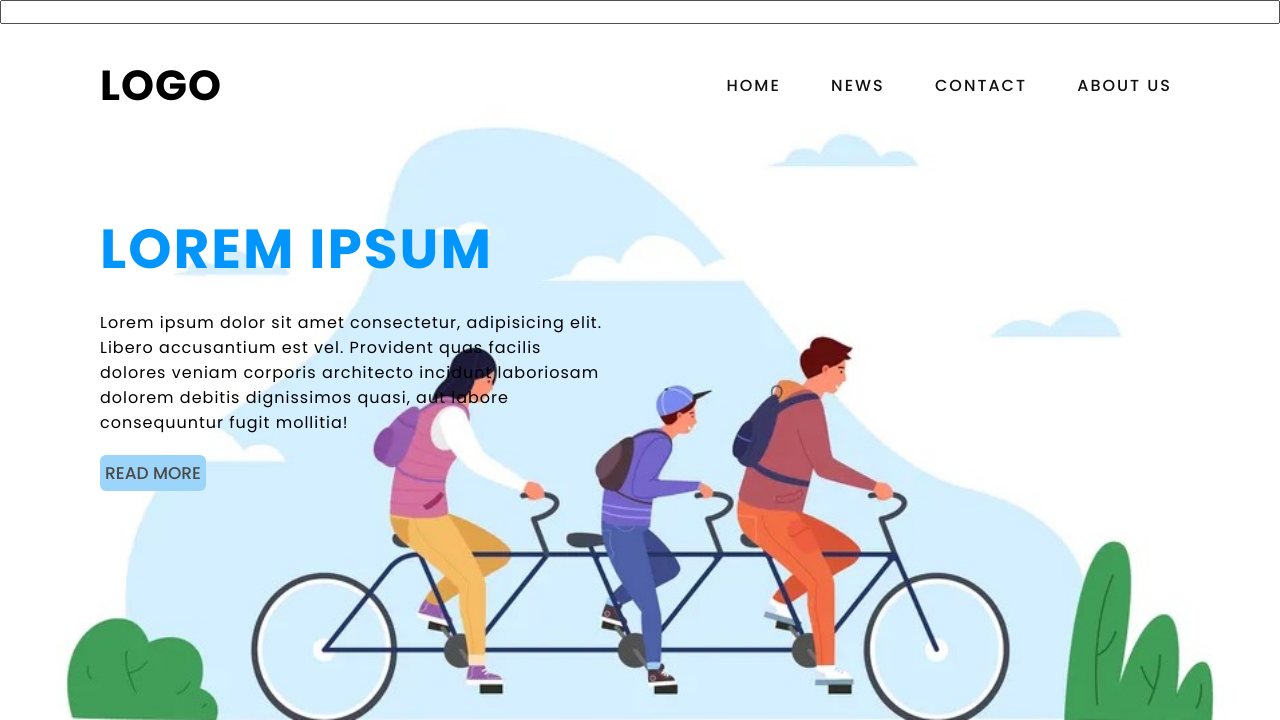
Repository: nganha241/1806
Page: index.html
An editor plug-in stored every save of this project. The page is shown before and after the next save, followed by the edit.
The browser window is 1280 px wide. The pictures show the whole page.

Above is the page before, as saved 2022-06-18 16:07:35.

### index.html
<!DOCTYPE html>
<html lang="en">
  <head>
    <meta charset="UTF-8" />
    <meta http-equiv="X-UA-Compatible" content="IE=edge" />
    <meta name="viewport" content="width=device-width, initial-scale=1.0" />
    <title>Document</title>
    <link rel="stylesheet" href="style.css" />
  </head>
  <body>
    <section>
      <input type="text" id="check" />
      <header>
        <div class="logo">
          <h2>Logo</h2>
        </div>
        <div class="navigation">
          <a href="#">Home</a>
          <a href="#">News</a>
          <a href="#">Contact</a>
          <a href="#">About us</a>
        </div>
      </header>
      <div class="content">
        <h1 class="title">LOREM IPSUM</h1>
        <p class="text">
          Lorem ipsum dolor sit amet consectetur, adipisicing elit. Libero
          accusantium est vel. Provident quas facilis dolores veniam corporis
          architecto incidunt laboriosam dolorem debitis dignissimos quasi, aut
          labore consequuntur fugit mollitia!
        </p>
        <button class="btn-more">READ MORE</button>
      </div>
    </section>
  </body>
</html>

### style.css
@import url('https://fonts.googleapis.com/css2?family=Poppins:wght@300;400;500;600;700;800;900&display=swap');

* {
    box-sizing: border-box;
    padding: 0;
    margin: 0;
    font-family: 'Poppins', sans-serif;
}

a {
    text-decoration: none;
}

section {
    width: 100%;
    min-height: 100vh;
    display: flex;
    flex-direction: column;
    justify-content: flex-start;
    background: url('./bg.jpg');
    background-size: cover;
    background-position: center;
}

section header {
    position: relative;
    top: 0;
    width: 100%;
    padding: 30px 100px;
    display: flex;
    justify-content: space-between;
    align-items: center;
}

.logo {
    position: relative;
    font-size: 28px;
    letter-spacing: 1px;
    cursor: pointer;
    text-transform: uppercase;
}

.navigation a{
   letter-spacing: 2px;
   background: none;
   padding: 5px 8px;
   text-transform: uppercase;
   font-weight: 500;
   border-radius: 20px;
   color: #111;
   transition: 0.4s;
    transition-property: background;
}

.navigation a:not(:last-child) {
    margin-right: 30px;
}

.navigation a:hover {
    color: #fff;
    background: rgb(102, 167, 252);
    transition: 0.4s;
}

.content {
    margin: 60px 100px;
    width: 40%;
}

.title {
    margin-bottom: 20px;
    text-transform: uppercase;
    font-weight: 700;
    font-size: 55px;
    color: #0296FC;
    letter-spacing: 2px;
}

.text {
    margin-bottom: 20px;
    letter-spacing: 1px;
}

.btn-more {
    background: #9DD4FA;
    border: none;
    border-radius: 6px;
    padding: 5px;
    font-size: 17px;
    cursor: pointer;
    font-weight: 500;
    color: rgb(73, 74, 72);
    transition: 0.4s;
    transition-property: transform;
}

.btn-more:hover {
    transform: scale(1.1);
}

After the next save:
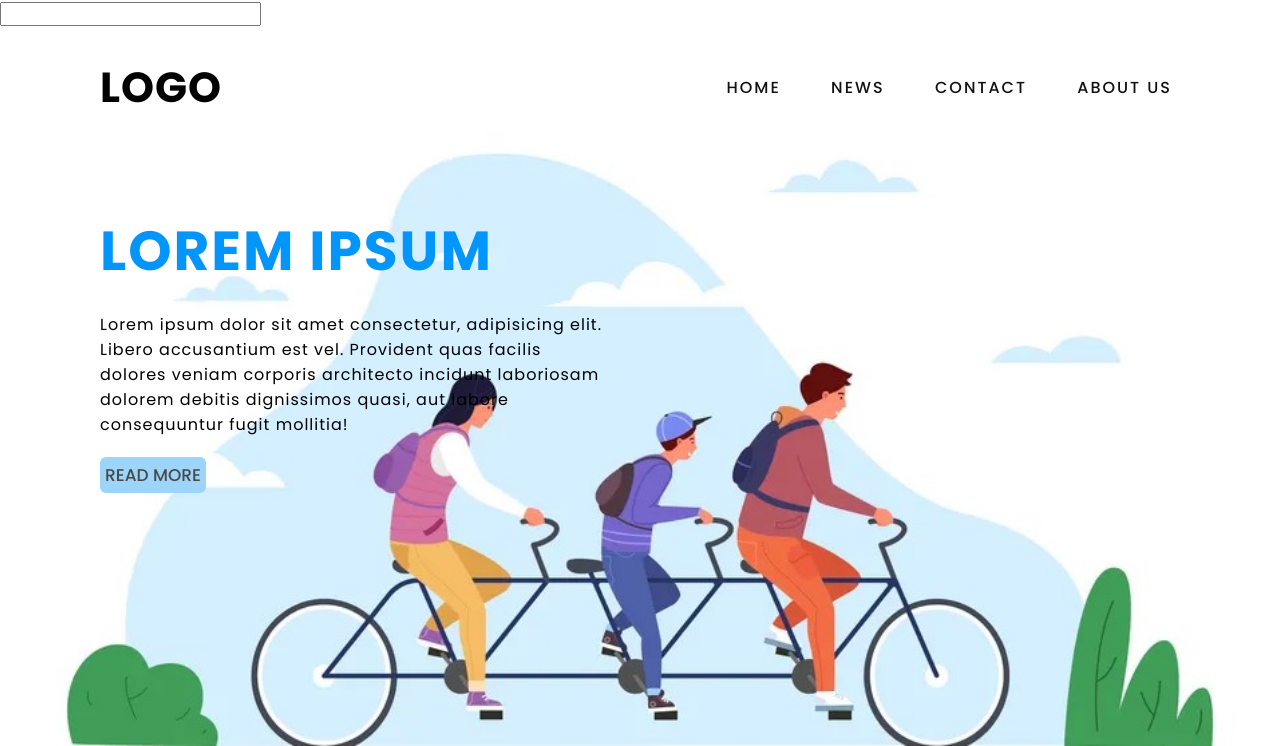
Saved 8 s later.
--- a/index.html
+++ b/index.html
@@ -8,8 +8,8 @@
     <link rel="stylesheet" href="style.css" />
   </head>
   <body>
+    <input type="text" id="check" />
     <section>
-      <input type="text" id="check" />
       <header>
         <div class="logo">
           <h2>Logo</h2>
